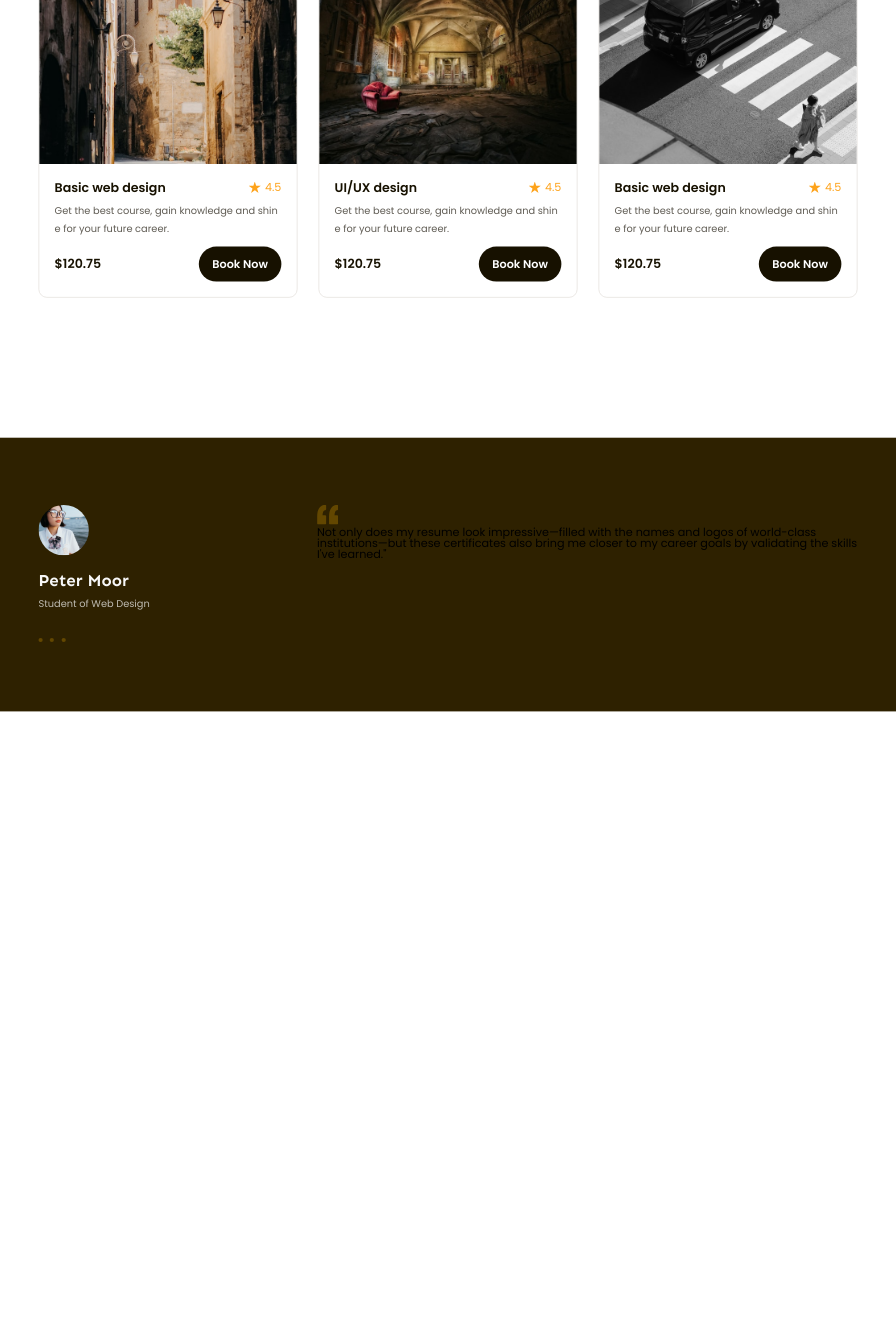
Repository: empty24062002/f8-htmlcss-02-pratice
Page: index.html
The author's editor kept a copy of each file at every save. The page is drawn from the files as they stood at one save, then again after the next save.
The browser window is 1280 px wide. The pictures show the part of the page from y = 1295 to 3215 px (the page is 5187 px tall), at 70% of full size.
A picture or video elsewhere on the page could not be fetched, so the positions and the page height are approximate.

Above is the page before, as saved 2023-07-19 09:42:58.

After the next save:
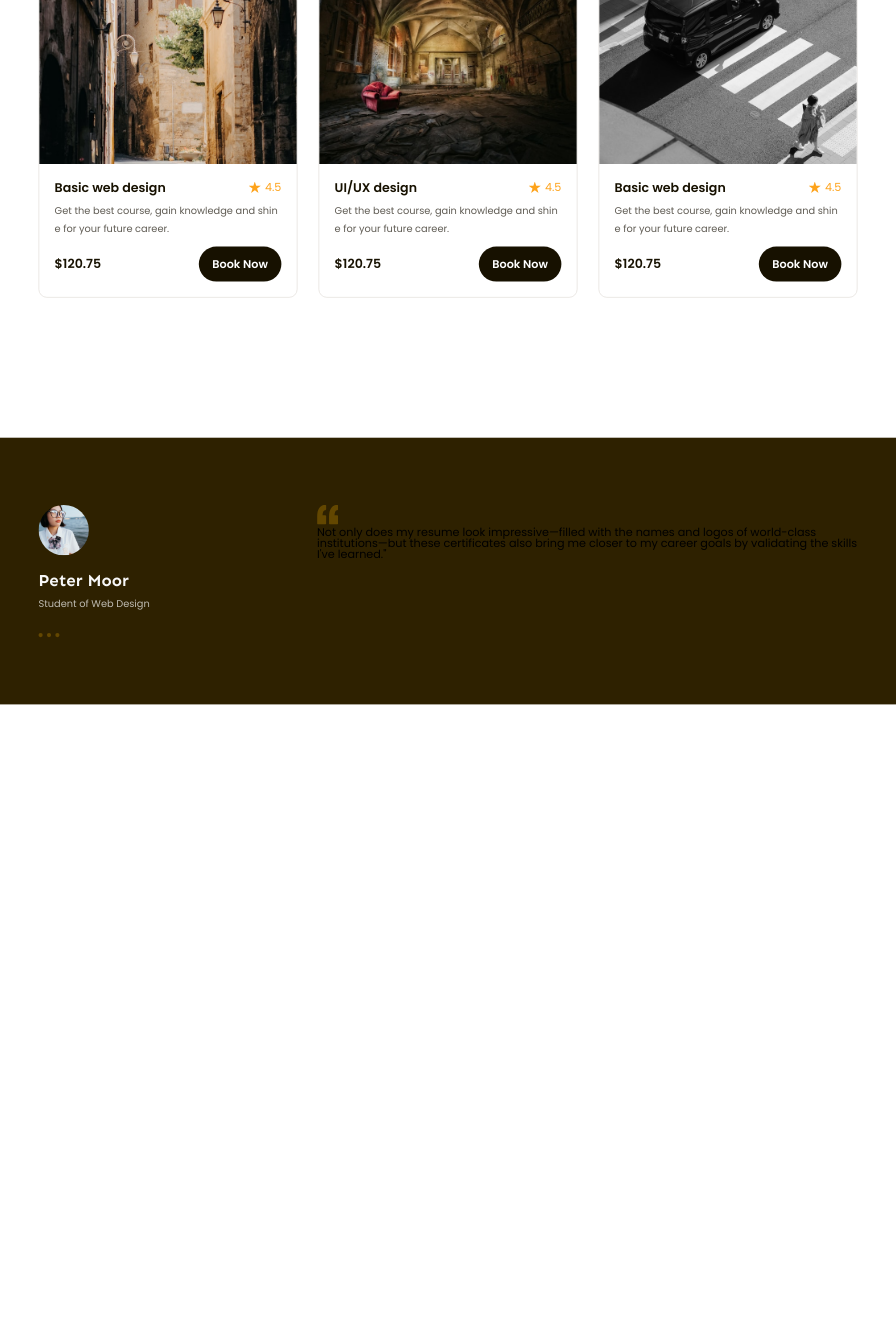
Saved 15 s later.
--- a/assets/css/styles.css
+++ b/assets/css/styles.css
@@ -440,11 +440,12 @@ a {
 }
 
 .feedback-item .dots {
+    display: flex;
     margin-top: 28px;
 }
 
 .feedback-item .dot {
-    display: inline-block;
+    display: block;
     margin-right: 6px;
     width: 6px;
     height: 6px;
